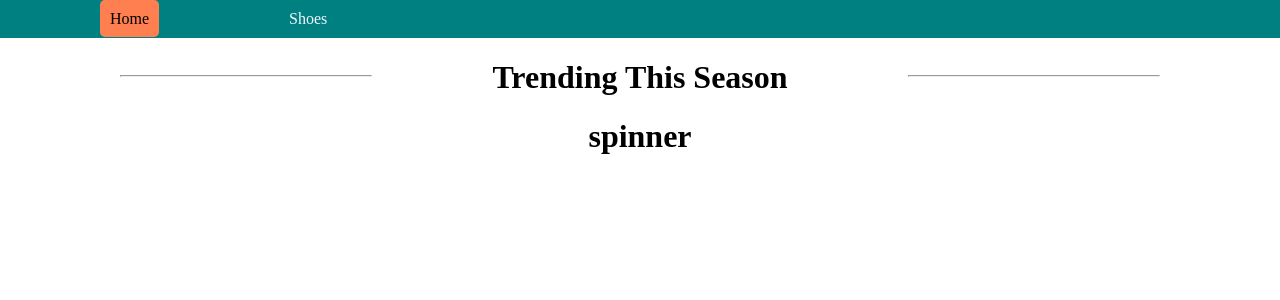
Repository: SalehK98/shop_app
Page: /
An editor plug-in stored every save of this project. The page is shown before and after the next save, followed by the edit.
The browser window is 1280 px wide. The pictures show the whole page.
The page's requests for data from a server got no answer. The project was rebuilt for these pictures with package versions that can differ from the ones it lists, and the page was loaded fresh each time. No one was signed in, and anything a server would have sent is missing. Also part of the build but not shown: src/components/ShoeCard/ShoeCard.jsx, src/pages/Shoes/Shoes.jsx, src/pages/Shoe/Shoe.jsx, src/pages/Error/Error.jsx. Imported but missing from the stored project, and not drawn on this page: src/assets/video/preview.mp4.

Above is the page before, as saved 2023-02-28 11:20:24.

### src/index.css
body {
  margin: 0;
  padding: 0;
  box-sizing: border-box;

  font-family: cursive;
  /* font-family: -apple-system, BlinkMacSystemFont, "Segoe UI", "Roboto", "Oxygen",
    "Ubuntu", "Cantarell", "Fira Sans", "Droid Sans", "Helvetica Neue",
    sans-serif;
  -webkit-font-smoothing: antialiased;
  -moz-osx-font-smoothing: grayscale; */
}

code {
  font-family: source-code-pro, Menlo, Monaco, Consolas, "Courier New",
    monospace;
}

#root {
  margin: 0;
  padding: 0;
}

### src/App.js
import "./App.css";
import { createBrowserRouter, RouterProvider } from "react-router-dom";
import Home from "./pages/Home/Home";
import Shoes from "./pages/Shoes/Shoes";
import Shoe from "./pages/Shoe/Shoe";
import Error from "./pages/Error/Error";
import LayoutWrapper from "./components/LayoutWrapper/LayoutWrapper";

function App() {
  const router = createBrowserRouter([
    {
      path: "",
      element: <LayoutWrapper />,
      errorElement: <Error />,
      children: [
        {
          path: "/",
          element: <Home />,
        },
        {
          path: "shoes",
          element: <Shoes />,
        },
        {
          path: "shoes/:showId",
          element: <Shoe />,
        },
        {
          path: "addShoe",
          element: <Shoes />,
        },
      ],
    },
  ]);
  return (
    <div className="App">
      <RouterProvider router={router} />
    </div>
  );
}

export default App;

### src/App.css
.App {
  text-align: center;
  margin: 0;
  padding: 0;
}

### src/pages/Home/Home.jsx
import React, { useEffect, useRef, useState } from "react";
import preview from "../../assets/video/preview.mp4";
import ShoeCard from "../../components/ShoeCard/ShoeCard";
import fetchData from "../../utilities";

export default function Home() {
  const [data, setData] = useState(null);
  // const video = new VideoPlayer();

  const videoRef = useRef(null);

  const [playing, setPlaying] = useState(false);

  useEffect(() => {
    fetchData().then((res) => {
      setData(res);
      console.log("data", data);
    });
  }, []);

  return (
    <div>
      {/* <video
        onClick={() => {
          console.log("videoRef3", videoRef);
        }}
        onCanPlay={() => {
          console.log("videoRef", videoRef);
          console.log("playing", playing);
          setPlaying(true);
          console.log("videoRef", videoRef);
          console.log("playing", playing);
        }}
        onPlaying={() => {
          console.log("videoRef2", videoRef);
        }}
        // onClick={handleClick}
        // ref={videoRef}
        src={preview}
        autoPlay
        // loop
        // muted
        controls
        width="80%"
        // height="80vh"
        style={{
          boxSizing: "border-box",
          // marginTop: "70px",
          padding: "0",
          zIndex: "-2",
          // position: "relative",
        }}
      /> */}
      {/* {playVideo()} */}
      <h1 style={{ display: "flex", textAlign: "center  " }}>
        <hr width="250vw" style={{ height: "0" }} />
        Trending This Season
        <hr width="250vw" style={{ height: "0" }} />
      </h1>

      {data ? (
        data.map((el) => {
          return <h1>{el.name}</h1>;
        })
      ) : (
        <h1>spinner</h1>
      )}
      {/* <ShoeCard /> */}
    </div>
  );
}

### src/components/LayoutWrapper/LayoutWrapper.jsx
import React from "react";
import { Outlet } from "react-router";
import NavBar from "../NavBar/NavBar";

export default function LayoutWrapper() {
  return (
    <div>
      <NavBar />
      <Outlet />
    </div>
  );
}

### src/utilities.js
async function fetchData() {
  let data;
  await fetch("https://63fa279abeec322c57ee67b5.mockapi.io/shop/shoe")
    .then((res) => {
      if (!res.ok) {
        throw new Error("response was not ok");
      }
      return res.json();
    })
    .then((results) => {
      data = results;
    })
    .catch((err) => {
      console.log("Error", err);
    });
  console.log("here", data);
  return data;
}

export default fetchData;

### src/components/NavBar/NavBar.jsx
import React from "react";
import { NavLink } from "react-router-dom";
import "./NavBar.module.css";

export default function NavBar() {
  let activeStyle = {
    color: "black",
    backgroundColor: "coral",
    border: "transparent",
    borderRadius: "5px",
  };
  return (
    <nav>
      <ul>
        <li>
          <NavLink
            to="/"
            style={({ isActive }) => (isActive ? activeStyle : undefined)}
          >
            Home
          </NavLink>
        </li>
        <li>
          <NavLink
            to="/shoes"
            style={({ isActive }) => (isActive ? activeStyle : undefined)}
          >
            Shoes
          </NavLink>
        </li>
      </ul>
    </nav>
  );
}

### src/components/NavBar/NavBar.module.css
nav {
  background-color: teal;
}

ul {
  margin: 0;
  list-style: none;
  display: flex;
  position: sticky;
  top: 0;
  left: 0;
}

li {
  margin: 0 50px;
  padding: 10px;
}

ul li a {
  text-decoration: none;
  color: aliceblue;
  padding: 10px;
}

Loaded but not shown: public/index.html (common file); src/index.js (common file); src/reportWebVitals.js (common file)

After the next save:
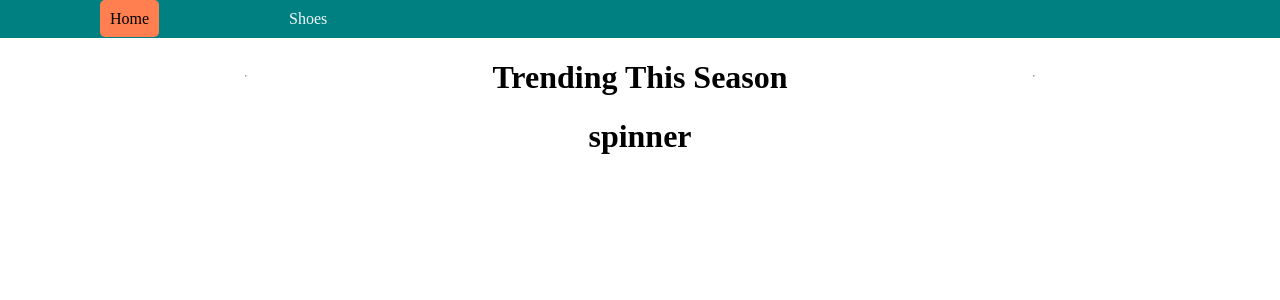
Saved 5 s later.
--- a/src/pages/Home/Home.jsx
+++ b/src/pages/Home/Home.jsx
@@ -53,9 +53,9 @@ export default function Home() {
       /> */}
       {/* {playVideo()} */}
       <h1 style={{ display: "flex", textAlign: "center  " }}>
-        <hr width="250vw" style={{ height: "0" }} />
+        <hr width="vw" style={{ height: "0" }} />
         Trending This Season
-        <hr width="250vw" style={{ height: "0" }} />
+        <hr width="vw" style={{ height: "0" }} />
       </h1>
 
       {data ? (
